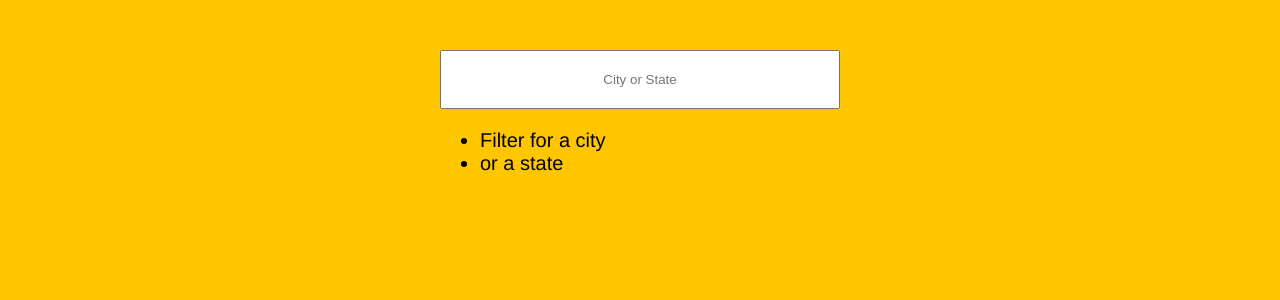
Repository: Saieebawake/Type-Ahead-City-or-State-Search
Page: index.html
These files come from the project's save history. The page is drawn as it stood at one moment and after a run of saves; the edit follows.
The browser window is 1280 px wide. The pictures show the whole page.
The page's requests for data from a server got no answer.

Above is the page before, as saved 2026-09-27 20:35:57.

After the next 2 saves:
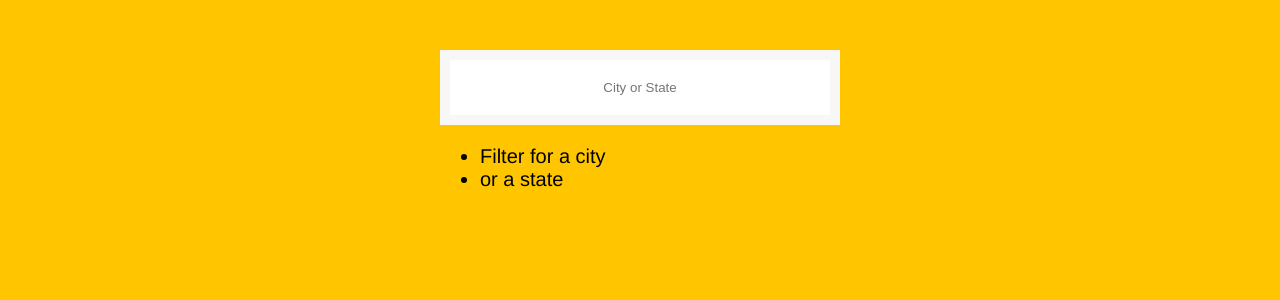
The 2 saves are shown as one change because they came seconds apart.
The last was saved 7 s later.
--- a/style.css
+++ b/style.css
@@ -24,5 +24,6 @@ input.search {
     margin: 0;
     text-align: center;
     outline: 0;
-    border: 10px solid #
+    border: 10px solid #f7f7f7;
+
 }
